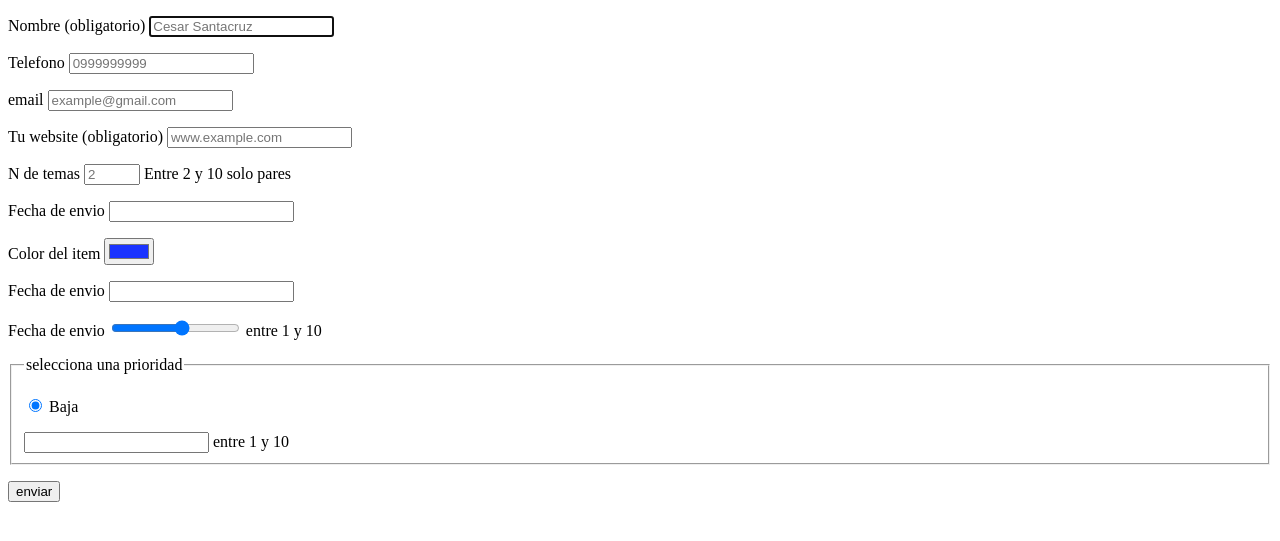
Repository: cesarsant0203/My_Study
Page: Introducción al desarrollo web/formulario.html
An editor plug-in stored every save of this project. The page is shown before and after the next save, followed by the edit.
The browser window is 1280 px wide. The pictures show the whole page.

Above is the page before, as saved 2020-04-27 19:51:23.

After the next save:
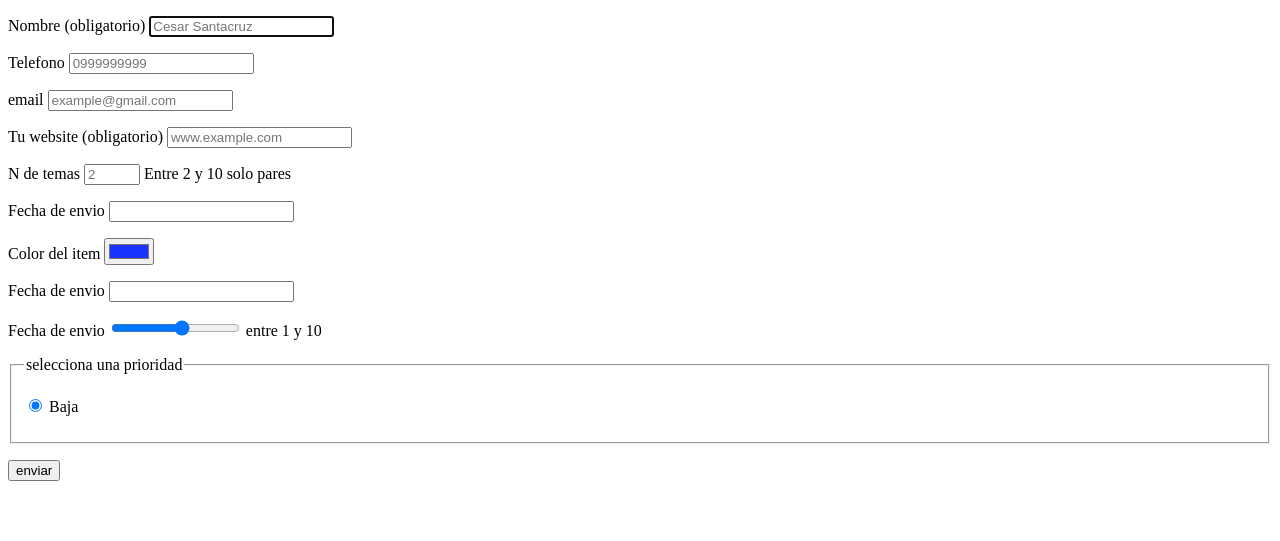
Saved 10 s later.
--- a/Introducción al desarrollo web/formulario.html
+++ b/Introducción al desarrollo web/formulario.html
@@ -70,8 +70,6 @@
                 <p><label>
                     <input type="radio" name="priority" value="baja" checked>
                 Baja</label></p>
-                <input > entre 1 y 10
-
         </fieldset>
         </p>
         <input type="submit" value="enviar">
